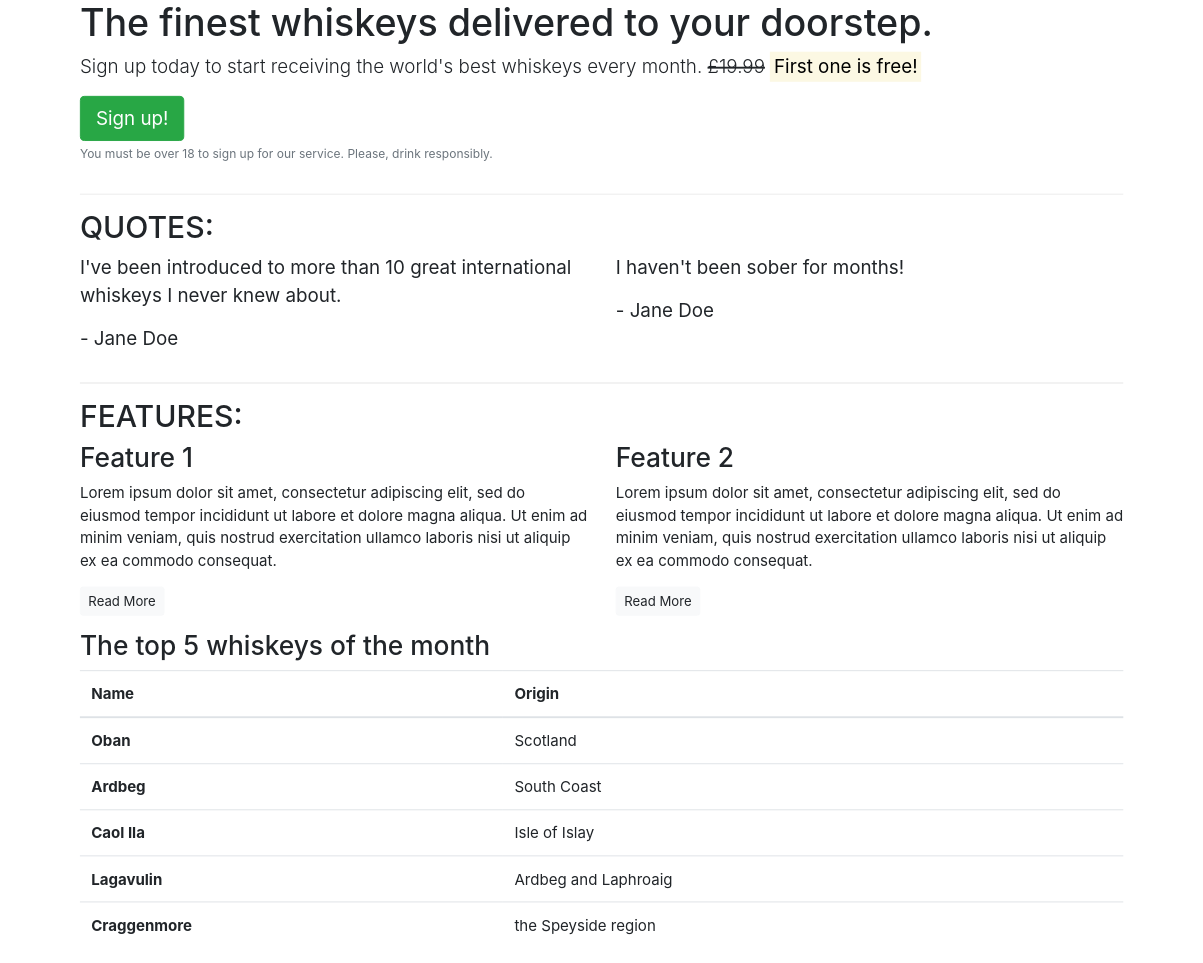
Repository: hidayatmansuri/BootStrap
Page: index.html
The author's editor kept a record of every edit. The page is drawn from the files as they stood at one moment, then again after the next edit.
The browser window is 1280 px wide. The pictures show the whole page, at 94% of full size.

Above is the page before.

### index.html
<!DOCTYPE html>
<html lang="en-us">

<head>
    <meta charset="utf-8">
    <meta name="viewport" content="width=device-width, initial-scale=1.0">
    <meta http-equiv="X-UA-Compatible" content="ie=edge">
    <title>Whiskey Drop | Taste a new whiskey every month</title>
    <link rel="stylesheet" href="https://maxcdn.bootstrapcdn.com/bootstrap/4.1.3/css/bootstrap.min.css">
</head>

<body>
    <article class="container">
        <!-- Callout -->
        <div class="row">
            <div class="col-12">
                <section class="callout">
                    <h1>The finest whiskeys delivered to your doorstep.</h1>
                    <p class="lead">Sign up today to start receiving the world's best whiskeys every month.
                    <s>£19.99</s> <strong><mark>First one is free!</mark></strong></p>
                    <button class="btn btn-success btn-lg">Sign up!</button>
                    <p class="text-muted"><small>You must be over 18 to sign up for our service. Please, drink responsibly.</small></p>
                </section>
            </div>
        </div>
        <!-- /.callout -->
        <hr>

        <!-- Quotes -->
        <section class="quotes">
            <div class="row">
                <div class="col-12">
                    <h2 class="text-uppercase">Quotes:</h2>
                </div>
            </div>
            <div class="row">
                <div class="col-12 col-md-6">
                    <blockquote class="blockquote">
                        <p>I've been introduced to more than 10 great international whiskeys I never knew about.</p>
                        <p>- Jane Doe</p>
                    </blockquote>
                </div>
                <div class="col-12 col-md-6">
                    <blockquote class="blockquote">
                        <p>I haven't been sober for months!</p>
                        <p>- Jane Doe</p>
                    </blockquote>
                </div>
            </div>
        </section>
        <!-- /.quotes -->
        <hr>

        <!-- Features -->
        <section class="features">
            <div class="row">
                <div class="col-12">
                    <h2 class="text-uppercase">Features:</h2>
                </div>
            </div>
            <div class="row">
                <div class="col-12 col-md-6">
                    <div class="feature">
                        <h3>Feature 1</h3>
                        <p>Lorem ipsum dolor sit amet, consectetur adipiscing elit, sed do eiusmod tempor incididunt ut labore et dolore magna aliqua. Ut enim ad minim veniam, quis nostrud exercitation ullamco laboris nisi ut aliquip ex ea commodo consequat.</p>
                        <p><a class ="btn btn-sm btn-light">Read More</a></p>
                    </div>
                </div>
                <div class="col-12 col-md-6">
                    <div class="feature">
                        <h3>Feature 2</h3>
                        <p>Lorem ipsum dolor sit amet, consectetur adipiscing elit, sed do eiusmod tempor incididunt ut labore et dolore magna aliqua. Ut enim ad minim veniam, quis nostrud exercitation ullamco laboris nisi ut aliquip ex ea commodo consequat.</p>
                        <p><a class ="btn btn-sm btn-light">Read More</a></p>
                    </div>
                </div>
                <div class="col-12 d-md-none">
                    <div class="feature">
                        <h3>Feature 3</h3>
                        <p>Lorem ipsum dolor sit amet, consectetur adipiscing elit, sed do eiusmod tempor incididunt ut labore et dolore magna aliqua. Ut enim ad minim veniam, quis nostrud exercitation ullamco laboris nisi ut aliquip ex ea commodo consequat.</p>
                        <p><a class ="btn btn-sm btn-light">Read More</a></p>
                    </div>
                </div>
            </div>
        </section>
        <!-- /.features -->
        <section class="center">
            <h3>The top 5 whiskeys of the month</h3>
        <table class="table">
                <thead>
                <tr>
                  <th scope="col">Name</th>
                  <th scope="col">Origin</th>
                </tr>
                </thead>
                <tbody>
                <tr>
                  <th>Oban</th>
                  <td>Scotland</td>
                </tr>
                <tr>
                  <th>Ardbeg</th>
                  <td>South Coast</td>
                </tr>
                <tr>
                  <th>Caol Ila</th>
                  <td>Isle of Islay</td>
                </tr>
                <tr>
                  <th>Lagavulin</th>
                  <td>Ardbeg and Laphroaig</td>
                </tr>
                <tr>
                  <th>Craggenmore</th>
                  <td>the Speyside region</td>
                </tr>
              </tbody>
        </table>
        </section>
    </article>
</body>

</html>

After the next edit:
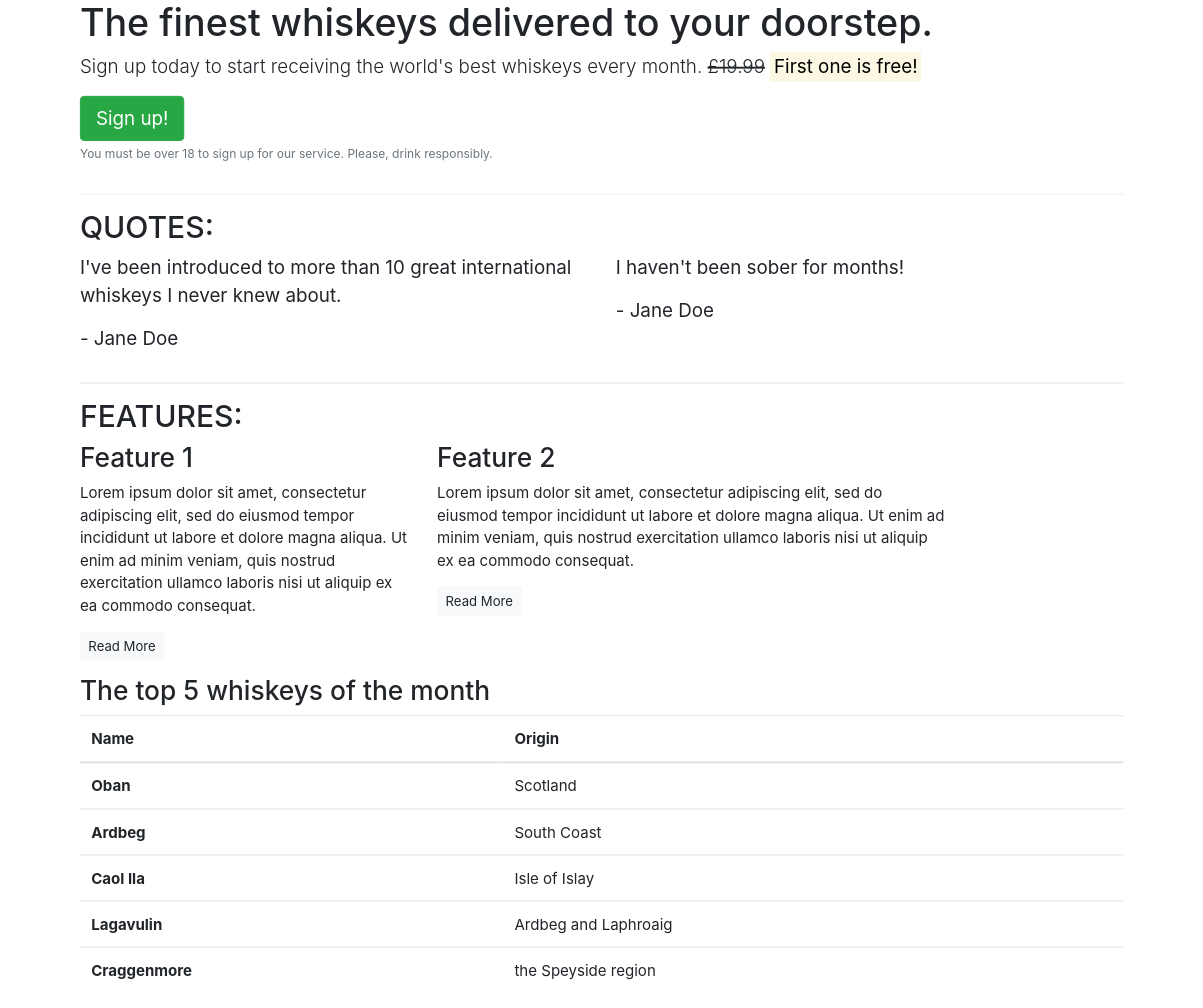
The edit:
--- a/index.html
+++ b/index.html
@@ -59,7 +59,7 @@
                 </div>
             </div>
             <div class="row">
-                <div class="col-12 col-md-6">
+                <div class="col-12 col-md-6 col-lg-4">
                     <div class="feature">
                         <h3>Feature 1</h3>
                         <p>Lorem ipsum dolor sit amet, consectetur adipiscing elit, sed do eiusmod tempor incididunt ut labore et dolore magna aliqua. Ut enim ad minim veniam, quis nostrud exercitation ullamco laboris nisi ut aliquip ex ea commodo consequat.</p>
